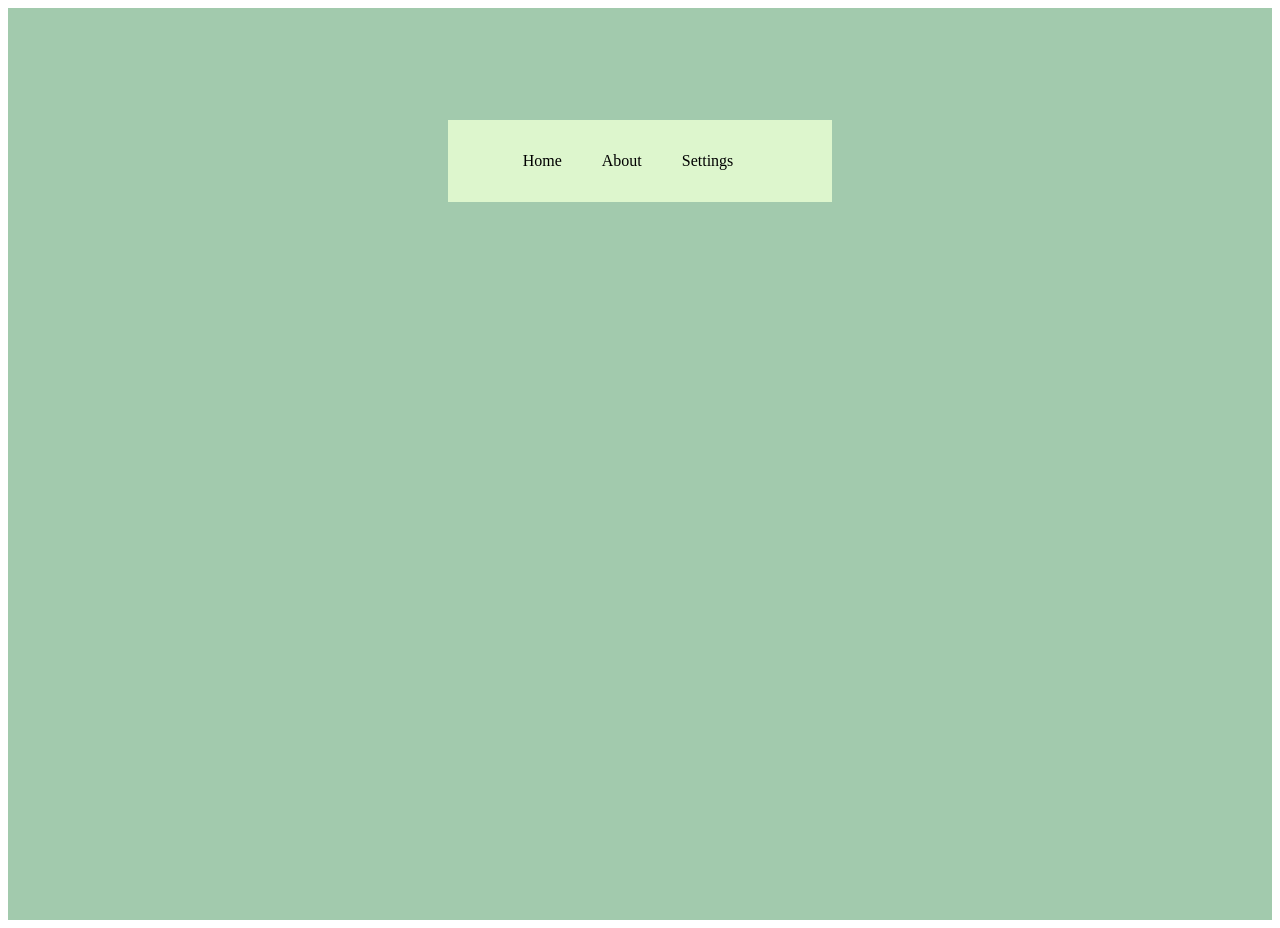
Repository: k8ANStar/Questify
Page: /
An editor plug-in stored every save of this project. The page is shown before and after the next save, followed by the edit.
The browser window is 1280 px wide. The pictures show the whole page.
The project was rebuilt for these pictures with package versions that can differ from the ones it lists, and the page was loaded fresh each time. The framework's server and built-in components were replaced by stand-ins that run in the browser. Also part of the build but not shown: next.config.mjs.

Above is the page before, as saved 2024-03-24 22:06:58.

### pages/index.js
import Head from "next/head";
import styles from "@/styles/Home.module.css";
import Header from "@/components/Header";


export default function Home() {
  return (
    <>
      <Head>
        <title>Create Next App</title>
        <meta name="description" content="Generated by create next app" />
        <meta name="viewport" content="width=device-width, initial-scale=1" />
        <link rel="icon" href="/favicon.ico" />
      </Head>
      <main className={`${styles.main}`}>
     <Header />

      </main>
    </>
  );
}

### styles/Home.module.css
.main {
  display: flex;
  flex-direction: column;
  justify-content: space-between;
  align-items: center;
  padding: 6rem;
  min-height: 100vh;
  background-color: rgb(162, 202, 173);
}

### components/Header/index.js
import styles from "./Header.module.css";
import Link from "next/link";
export default function Header() {
	return (
		<>
			<ul className={styles.nav}>
				<li>
					<Link href={"/"} className={styles.home}>
						Home
					</Link>
				</li>
				<li>
					<Link href={"/About"} className={styles.about}>
						About
					</Link>
				</li>
				<li>
					<Link href={"/Settings"} className={styles.settings}>
						Settings
					</Link>
				</li>
			</ul>
		</>
	);
}

### components/Header/Header.module.css
.nav {
	display: flex;
	list-style-type: none;
	text-decoration: none;
	padding: 2rem 2rem 2rem 2rem;
	width: 20rem;
	background-color: rgb(221, 246, 205);
    justify-content: center;
}

.home,
.about,
.settings {
	text-decoration: none;
	color: var(--black);
	margin-right: 2rem;
	margin-left: 0.5rem;
	white-space: nowrap;
}

Loaded but not shown: pages/_app.js (common file); pages/_document.js (common file); pages/api/hello.js (common file); styles/globals.css (common file)

After the next save:
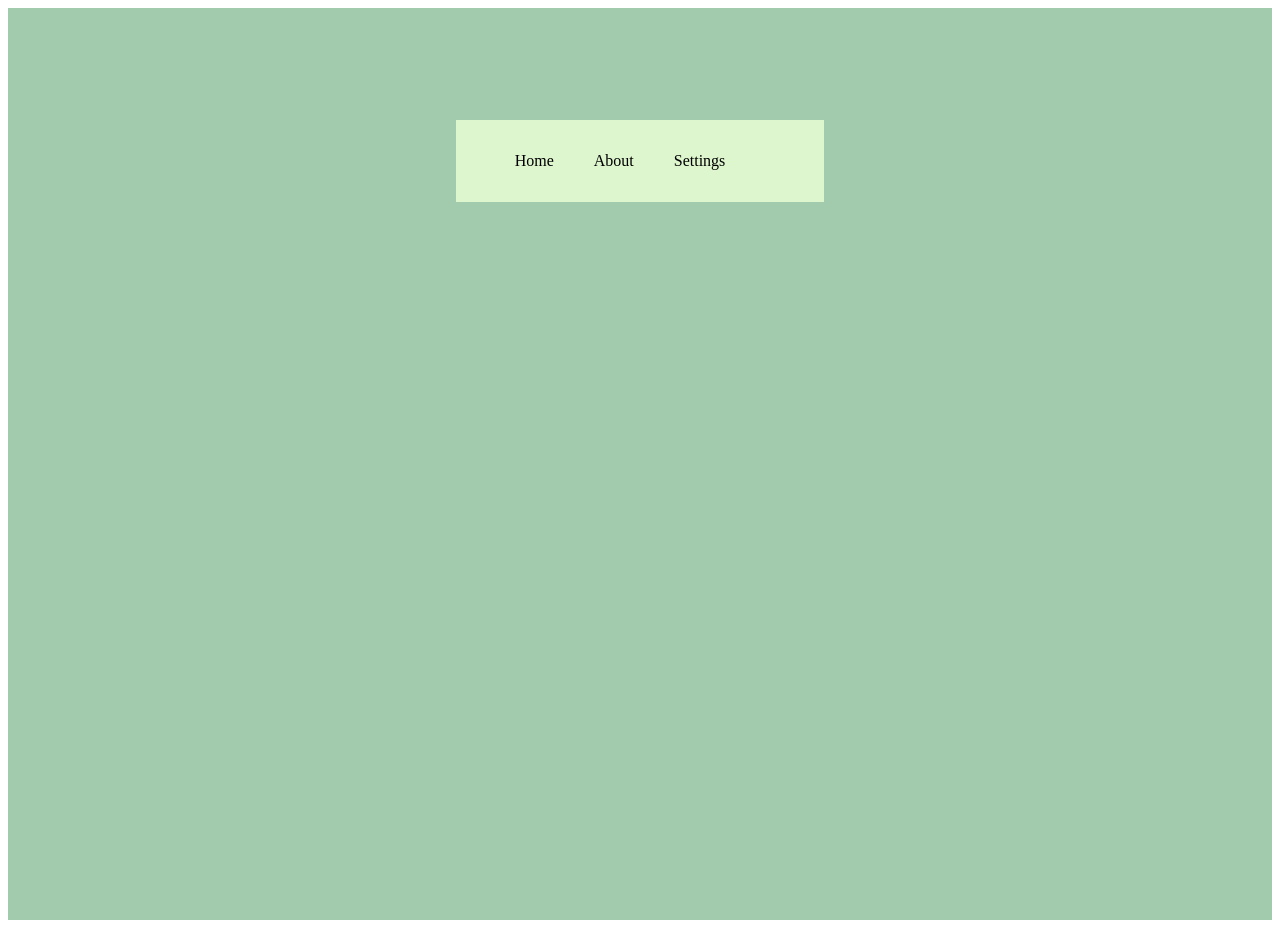
Saved 10 s later.
--- a/components/Header/Header.module.css
+++ b/components/Header/Header.module.css
@@ -2,7 +2,7 @@
 	display: flex;
 	list-style-type: none;
 	text-decoration: none;
-	padding: 2rem 2rem 2rem 2rem;
+	padding: 2rem 2rem 2rem 1rem;
 	width: 20rem;
 	background-color: rgb(221, 246, 205);
     justify-content: center;
